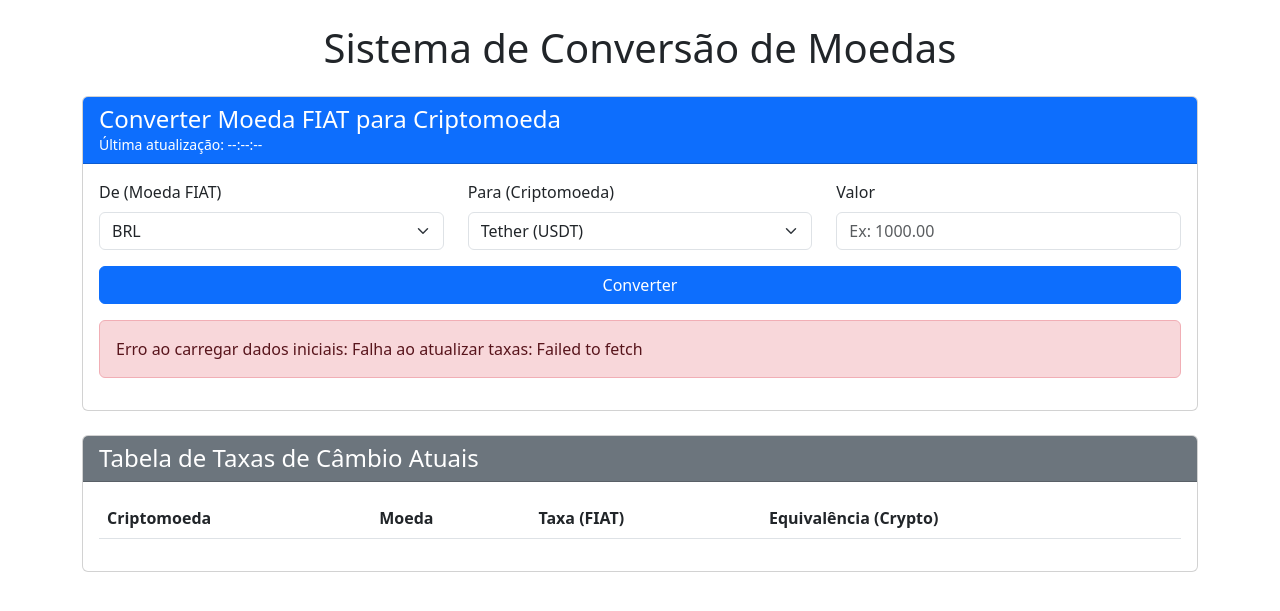
Repository: victorvilanova/crypto-convert-system
Page: index.html
The author's editor kept a copy of each file at every save. The page is drawn from the files as they stood at one save, then again after the next save.
The browser window is 1280 px wide. The pictures show the whole page.
The page's requests for data from a server got no answer.

Above is the page before, as saved 2025-04-10 18:50:30.

### index.html
<!DOCTYPE html>
<html lang="pt-br">
  <head>
    <meta charset="UTF-8" />
    <meta name="viewport" content="width=device-width, initial-scale=1.0" />
    <title>Sistema de Conversão FIAT para Criptomoedas</title>
    <link
      href="https://cdn.jsdelivr.net/npm/bootstrap@5.3.0/dist/css/bootstrap.min.css"
      rel="stylesheet"
    />
    <link rel="stylesheet" href="assets/css/style.css" />
  </head>
  <body>
    <div class="container mt-4">
      <div class="row">
        <div class="col-md-12">
          <h1 class="text-center mb-4">Sistema de Conversão de Moedas</h1>
          <div class="card mb-4">
            <div class="card-header bg-primary text-white">
              <h2 class="h4 mb-0">Converter Moeda FIAT para Criptomoeda</h2>
              <div class="small">
                Última atualização: <span id="lastUpdate">--:--:--</span>
              </div>
            </div>
            <div class="card-body">
              <form id="converterForm">
                <div class="row mb-3">
                  <div class="col-md-4">
                    <label for="fromCurrency" class="form-label"
                      >De (Moeda FIAT)</label
                    >
                    <select id="fromCurrency" class="form-select" required>
                      <!-- Opções serão preenchidas pelo JavaScript -->
                    </select>
                  </div>
                  <div class="col-md-4">
                    <label for="toCrypto" class="form-label"
                      >Para (Criptomoeda)</label
                    >
                    <select id="toCrypto" class="form-select" required>
                      <!-- Opções serão preenchidas pelo JavaScript -->
                    </select>
                  </div>
                  <div class="col-md-4">
                    <label for="amount" class="form-label">Valor</label>
                    <input
                      type="number"
                      id="amount"
                      class="form-control"
                      step="0.01"
                      min="0.01"
                      required
                      placeholder="Ex: 1000.00"
                    />
                  </div>
                </div>
                <div class="d-grid">
                  <button type="button" id="convertBtn" class="btn btn-primary">
                    Converter
                  </button>
                </div>
              </form>

              <div id="loading" class="text-center my-3" style="display: none">
                <div class="spinner-border text-primary" role="status">
                  <span class="visually-hidden">Carregando...</span>
                </div>
                <p class="mt-2">Processando, aguarde...</p>
              </div>

              <div id="result" class="mt-3" style="display: none">
                <!-- Resultado será exibido aqui pelo JavaScript -->
              </div>

              <div id="error" class="mt-3" style="display: none">
                <!-- Erros serão exibidos aqui pelo JavaScript -->
              </div>
            </div>
          </div>

          <!-- Tabela de Taxas de Câmbio -->
          <div class="card">
            <div class="card-header bg-secondary text-white">
              <h2 class="h4 mb-0">Tabela de Taxas de Câmbio Atuais</h2>
            </div>
            <div class="card-body">
              <div class="table-responsive">
                <table class="table table-striped table-hover">
                  <thead>
                    <tr>
                      <th>Criptomoeda</th>
                      <th>Moeda</th>
                      <th>Taxa (FIAT)</th>
                      <th>Equivalência (Crypto)</th>
                    </tr>
                  </thead>
                  <tbody id="ratesTableBody">
                    <!-- Taxas serão preenchidas pelo JavaScript -->
                  </tbody>
                </table>
              </div>
            </div>
          </div>
        </div>
      </div>
    </div>

    <!-- Importando o ponto de entrada da aplicação como um módulo ES6 -->
    <script type="module" src="assets/js/app.js"></script>
  </body>
</html>

### assets/css/style.css
/*** CSS para o banner de KYC ***/
.kyc-banner {
  width: 100%;
  background-color: #fff3cd;
  border: 1px solid #ffeeba;
  margin-bottom: 20px;
  border-radius: 8px;
  box-shadow: 0 2px 8px rgba(0, 0, 0, 0.1);
  animation: fadeInDown 0.5s ease;
}

.kyc-banner-content {
  display: flex;
  align-items: center;
  padding: 16px;
  position: relative;
}

.kyc-banner-icon {
  color: #e4a11b;
  font-size: 24px;
  margin-right: 16px;
  display: flex;
  align-items: center;
  justify-content: center;
}

.kyc-banner-text {
  flex: 1;
}

.kyc-banner-text h3 {
  margin: 0 0 4px 0;
  font-size: 18px;
  color: #856404;
}

.kyc-banner-text p {
  margin: 0;
  color: #856404;
}

.btn-start-kyc-banner {
  margin-left: 16px;
  white-space: nowrap;
  background-color: #ffc107;
  border-color: #ffc107;
  color: #212529;
}

.btn-start-kyc-banner:hover {
  background-color: #e0a800;
  border-color: #d39e00;
}

.kyc-banner-close {
  position: absolute;
  top: 8px;
  right: 8px;
  background: none;
  border: none;
  color: #856404;
  font-size: 20px;
  cursor: pointer;
  padding: 0;
  line-height: 1;
}

@keyframes fadeInDown {
  from {
    opacity: 0;
    transform: translateY(-20px);
  }
  to {
    opacity: 1;
    transform: translateY(0);
  }
}

### assets/js/app.js
/**
 * app.js
 * Ponto de entrada principal da aplicação
 */
import CryptoController from './controllers/CryptoController.js';

// Inicializa a aplicação quando o DOM estiver carregado
document.addEventListener('DOMContentLoaded', () => {
  // Cria e inicializa o controlador principal
  const cryptoApp = new CryptoController();

  // Inicializa a aplicação
  cryptoApp.init();

  // Armazena a instância do controlador no objeto window para depuração (opcional)
  window.cryptoApp = cryptoApp;

  console.log('Crypto Convert System inicializado com sucesso!');
});

### assets/js/controllers/CryptoController.js
/**
 * CryptoController.js
 * Responsável por conectar o Model e a View, gerenciando a lógica da aplicação
 */
import CryptoModel from '../models/CryptoModel.js';
import CryptoView from '../views/CryptoView.js';

export default class CryptoController {
  constructor() {
    this.model = new CryptoModel();
    this.view = new CryptoView();
    this.updateInterval = null;
    this.updateFrequencyMs = 60000; // Atualiza a cada 1 minuto
  }

  /**
   * Inicializa o controlador
   */
  init() {
    // Configura os event listeners
    this.view.initEventListeners(this.handleConvert.bind(this));

    // Carrega os dados iniciais
    this.loadInitialData();

    // Configura atualização automática das taxas
    this.setupAutoUpdate();
  }

  /**
   * Carrega os dados iniciais da aplicação
   */
  async loadInitialData() {
    try {
      this.view.showLoading();

      // Popula os dropdowns com as opções disponíveis e valores padrão
      this.view.populateDropdowns(
        this.model.getSupportedCryptos(),
        this.model.getSupportedCurrencies(),
        this.model.getDefaultCurrency(),
        this.model.getDefaultCrypto()
      );

      // Busca as taxas iniciais
      await this.updateRates();

      // Atualiza a tabela de taxas
      this.updateRatesTable();

    } catch (error) {
      this.view.displayError('Erro ao carregar dados iniciais: ' + error.message);
      console.error('Error loading initial data:', error);
    } finally {
      this.view.hideLoading();
    }
  }

  /**
   * Configura a atualização automática de taxas
   */
  setupAutoUpdate() {
    // Limpa qualquer intervalo existente
    if (this.updateInterval) {
      clearInterval(this.updateInterval);
    }

    // Configura novo intervalo para atualização de taxas
    this.updateInterval = setInterval(async () => {
      try {
        await this.updateRates();
        // Atualiza a tabela de taxas a cada atualização
        this.updateRatesTable();
        console.log('Taxas atualizadas automaticamente');
      } catch (error) {
        console.error('Erro ao atualizar taxas:', error);
        // Não mostramos o erro na UI para não interromper a experiência do usuário
      }
    }, this.updateFrequencyMs);
  }

  /**
   * Atualiza as taxas de câmbio
   */
  async updateRates() {
    try {
      await this.model.fetchRates();
      this.view.updateLastUpdateTime();
      return true;
    } catch (error) {
      throw new Error('Falha ao atualizar taxas: ' + error.message);
    }
  }

  /**
   * Atualiza a tabela de taxas de câmbio na view
   */
  updateRatesTable() {
    const ratesTable = this.model.getAllRates();
    this.view.updateRatesTable(ratesTable);
  }

  /**
   * Manipula o evento de conversão
   */
  async handleConvert() {
    try {
      this.view.showLoading();

      // Obtem os valores do formulário
      const { fromCurrency, toCrypto, amount } = this.view.getFormValues();

      // Validações
      if (!amount || amount <= 0) {
        throw new Error('Por favor, informe um valor válido para conversão');
      }

      // Tenta atualizar as taxas antes da conversão para ter dados atualizados
      await this.updateRates();

      // Realiza a conversão de FIAT para cripto
      const convertedAmount = this.model.convert(fromCurrency, toCrypto, amount);

      // Exibe o resultado
      this.view.displayResult({
        fromCurrency,
        toCrypto,
        amount,
        convertedAmount
      });

    } catch (error) {
      this.view.displayError(error.message);
      console.error('Conversion error:', error);
    } finally {
      this.view.hideLoading();
    }
  }

  /**
   * Limpa recursos ao destruir o controlador
   */
  destroy() {
    if (this.updateInterval) {
      clearInterval(this.updateInterval);
      this.updateInterval = null;
    }
  }
}

### assets/js/models/CryptoModel.js
/**
 * CryptoModel.js
 * Responsável por gerenciar os dados de criptomoedas e fazer chamadas à API
 */
export default class CryptoModel {
  constructor() {
    this.rates = {};
    this.apiKey = '12345ABCDE'; // Idealmente, isso deveria ser obtido de um arquivo de configuração seguro
    this.baseUrl = 'https://api.coingecko.com/api/v3';
    this.supportedCurrencies = ['USD', 'EUR', 'BRL', 'GBP', 'JPY'];
    this.supportedCryptos = ['tether', 'bitcoin', 'ethereum', 'litecoin', 'ripple', 'cardano'];
    this.defaultCurrency = 'BRL';
    this.defaultCrypto = 'tether';
  }

  /**
   * Busca as taxas de câmbio atualizadas da API
   * @returns {Promise} Promise com as taxas de câmbio
   */
  async fetchRates() {
    try {
      const cryptoIds = this.supportedCryptos.join(',');
      const currencies = this.supportedCurrencies.join(',').toLowerCase();

      const response = await fetch(
        `${this.baseUrl}/simple/price?ids=${cryptoIds}&vs_currencies=${currencies}`
      );

      if (!response.ok) {
        throw new Error(`API error: ${response.status}`);
      }

      const data = await response.json();
      this.rates = data;
      return this.rates;
    } catch (error) {
      console.error('Error fetching crypto rates:', error);
      throw error;
    }
  }

  /**
   * Converte um valor de uma moeda fiduciária para uma criptomoeda
   * @param {string} fromCurrency - A moeda fiduciária de origem
   * @param {string} toCrypto - A criptomoeda de destino
   * @param {number} amount - O valor a ser convertido
   * @returns {number} O valor convertido
   */
  convert(fromCurrency, toCrypto, amount) {
    if (!this.rates[toCrypto] || !this.rates[toCrypto][fromCurrency.toLowerCase()]) {
      throw new Error(`Taxa de conversão não disponível para ${fromCurrency} para ${toCrypto}`);
    }

    const rate = this.rates[toCrypto][fromCurrency.toLowerCase()];
    // A conversão de FIAT para cripto é dividindo o valor pelo rate (inverso da conversão cripto->FIAT)
    return amount / rate;
  }

  /**
   * Retorna uma tabela com todas as taxas de conversão atuais
   * @returns {Array} Array de objetos com as taxas de conversão
   */
  getAllRates() {
    const ratesTable = [];

    this.supportedCryptos.forEach(crypto => {
      if (this.rates[crypto]) {
        this.supportedCurrencies.forEach(currency => {
          const rate = this.rates[crypto][currency.toLowerCase()];
          if (rate) {
            ratesTable.push({
              crypto: crypto,
              currency: currency,
              rate: rate
            });
          }
        });
      }
    });

    return ratesTable;
  }

  /**
   * Obtém as criptomoedas suportadas
   * @returns {string[]} Array de criptomoedas suportadas
   */
  getSupportedCryptos() {
    return this.supportedCryptos;
  }

  /**
   * Obtém as moedas fiduciárias suportadas
   * @returns {string[]} Array de moedas suportadas
   */
  getSupportedCurrencies() {
    return this.supportedCurrencies;
  }

  /**
   * Obtém a moeda fiduciária padrão
   * @returns {string} Moeda padrão
   */
  getDefaultCurrency() {
    return this.defaultCurrency;
  }

  /**
   * Obtém a criptomoeda padrão
   * @returns {string} Criptomoeda padrão
   */
  getDefaultCrypto() {
    return this.defaultCrypto;
  }
}

### assets/js/utils/CacheManager.js
/**
 * CacheManager.js
 * Utilitário para gerenciar cache de dados
 */
export default class CacheManager {
  constructor(ttlInMinutes = 10) {
    this.cacheKeyPrefix = 'crypto_convert_';
    this.defaultTtl = ttlInMinutes * 60 * 1000; // Convertendo minutos para milissegundos
  }

  /**
   * Salva dados no cache
   * @param {string} key - Chave para o item no cache
   * @param {any} data - Dados a serem armazenados
   * @param {number} ttl - Tempo de vida em ms (opcional)
   */
  setItem(key, data, ttl = this.defaultTtl) {
    const cacheItem = {
      data: data,
      expiry: Date.now() + ttl,
      timestamp: Date.now()
    };

    try {
      localStorage.setItem(this.cacheKeyPrefix + key, JSON.stringify(cacheItem));
      return true;
    } catch (error) {
      console.warn('Erro ao armazenar no cache:', error);
      return false;
    }
  }

  /**
   * Recupera dados do cache
   * @param {string} key - Chave do item no cache
   * @returns {any} Dados armazenados ou null se expirado ou não encontrado
   */
  getItem(key) {
    try {
      const cachedItem = localStorage.getItem(this.cacheKeyPrefix + key);

      if (!cachedItem) {
        return null;
      }

      const item = JSON.parse(cachedItem);

      // Verifica se o item expirou
      if (item.expiry < Date.now()) {
        this.removeItem(key);
        return null;
      }

      return item.data;
    } catch (error) {
      console.warn('Erro ao recuperar do cache:', error);
      return null;
    }
  }

  /**
   * Remove um item do cache
   * @param {string} key - Chave do item a ser removido
   */
  removeItem(key) {
    try {
      localStorage.removeItem(this.cacheKeyPrefix + key);
    } catch (error) {
      console.warn('Erro ao remover item do cache:', error);
    }
  }

  /**
   * Limpa todos os itens de cache da aplicação
   */
  clearCache() {
    try {
      // Remove apenas itens que pertencem a esta aplicação
      Object.keys(localStorage).forEach(key => {
        if (key.startsWith(this.cacheKeyPrefix)) {
          localStorage.removeItem(key);
        }
      });
    } catch (error) {
      console.warn('Erro ao limpar cache:', error);
    }
  }

  /**
   * Verifica a idade dos dados em cache
   * @param {string} key - Chave do item no cache
   * @returns {number} Idade em minutos ou -1 se não encontrado
   */
  getItemAge(key) {
    try {
      const cachedItem = localStorage.getItem(this.cacheKeyPrefix + key);

      if (!cachedItem) {
        return -1;
      }

      const item = JSON.parse(cachedItem);
      const ageInMs = Date.now() - item.timestamp;

      // Retorna idade em minutos
      return Math.floor(ageInMs / (60 * 1000));
    } catch (error) {
      return -1;
    }
  }
}

### assets/js/utils/ErrorHandler.js
/**
 * ErrorHandler.js
 * Utilitário para gerenciar erros da aplicação
 */
export default class ErrorHandler {
  constructor() {
    this.errorTypes = {
      API_ERROR: 'api_error',
      VALIDATION_ERROR: 'validation_error',
      CONVERSION_ERROR: 'conversion_error',
      NETWORK_ERROR: 'network_error',
      UNKNOWN_ERROR: 'unknown_error'
    };
  }

  /**
   * Processa um erro e retorna um objeto de erro formatado
   * @param {Error} error - O erro original
   * @param {string} context - O contexto onde o erro ocorreu
   * @returns {Object} Objeto de erro formatado
   */
  handleError(error, context = '') {
    // Determina o tipo de erro
    const errorType = this.determineErrorType(error);

    // Registra erro no console com informações adicionais
    console.error(`[${context}] ${errorType}:`, error);

    // Retorna um objeto de erro formatado e amigável
    return {
      type: errorType,
      message: this.getUserFriendlyMessage(error, errorType),
      originalError: error,
      timestamp: new Date()
    };
  }

  /**
   * Determina o tipo de erro
   * @param {Error} error - O erro a ser analisado
   * @returns {string} O tipo de erro
   */
  determineErrorType(error) {
    const { errorTypes } = this;

    if (!navigator.onLine) {
      return errorTypes.NETWORK_ERROR;
    }

    if (error.message.includes('API error') || error.message.includes('fetch')) {
      return errorTypes.API_ERROR;
    }

    if (error.message.includes('conversão') || error.message.includes('taxa')) {
      return errorTypes.CONVERSION_ERROR;
    }

    if (error.message.includes('válido') || error.message.includes('informe')) {
      return errorTypes.VALIDATION_ERROR;
    }

    return errorTypes.UNKNOWN_ERROR;
  }

  /**
   * Obtém uma mensagem de erro amigável para o usuário
   * @param {Error} error - O erro original
   * @param {string} errorType - O tipo de erro
   * @returns {string} Mensagem de erro amigável
   */
  getUserFriendlyMessage(error, errorType) {
    const { errorTypes } = this;

    const errorMessages = {
      [errorTypes.API_ERROR]: 'Não foi possível comunicar com o servidor de taxas. Tente novamente mais tarde.',
      [errorTypes.VALIDATION_ERROR]: error.message,
      [errorTypes.CONVERSION_ERROR]: 'Não foi possível realizar a conversão com os valores informados.',
      [errorTypes.NETWORK_ERROR]: 'Você parece estar offline. Verifique sua conexão com a internet.',
      [errorTypes.UNKNOWN_ERROR]: 'Ocorreu um erro inesperado. Por favor, tente novamente.'
    };

    return errorMessages[errorType] || error.message;
  }
}

### assets/js/utils/Validator.js
/**
 * Validator.js
 * Utilitário para validação de entradas do usuário
 */
export default class Validator {
  /**
   * Valida um valor de conversão
   * @param {number} amount - Valor a ser validado
   * @throws {Error} Se o valor for inválido
   */
  static validateAmount(amount) {
    // Verifica se é um número
    if (isNaN(amount)) {
      throw new Error('O valor precisa ser um número válido');
    }

    // Verifica valor positivo
    if (amount <= 0) {
      throw new Error('O valor precisa ser maior que zero');
    }

    // Verifica valor máximo para evitar problemas
    if (amount > 1000000000) {
      throw new Error('O valor é muito alto para conversão');
    }

    return true;
  }

  /**
   * Sanitiza uma string para evitar XSS
   * @param {string} input - String para sanitizar
   * @returns {string} String sanitizada
   */
  static sanitizeString(input) {
    if (typeof input !== 'string') {
      return '';
    }

    // Remove tags HTML e caracteres potencialmente perigosos
    return input
      .replace(/</g, '&lt;')
      .replace(/>/g, '&gt;')
      .replace(/"/g, '&quot;')
      .replace(/'/g, '&#39;')
      .replace(/`/g, '&#96;')
      .replace(/\$/g, '&#36;');
  }

  /**
   * Valida uma moeda ou criptomoeda
   * @param {string} code - Código da moeda/cripto
   * @param {string[]} allowedValues - Valores permitidos
   * @throws {Error} Se o código for inválido
   */
  static validateCurrencyCode(code, allowedValues) {
    // Verifica se é string
    if (typeof code !== 'string') {
      throw new Error('Código de moeda inválido');
    }

    // Sanitiza o código
    const sanitizedCode = this.sanitizeString(code);

    // Verifica se está na lista de valores permitidos
    if (!allowedValues.includes(sanitizedCode)) {
      throw new Error(`Moeda "${sanitizedCode}" não é suportada`);
    }

    return true;
  }
}

Loaded but not shown: assets/js/views/CryptoView.js (188 lines, source omitted)

After the next save:
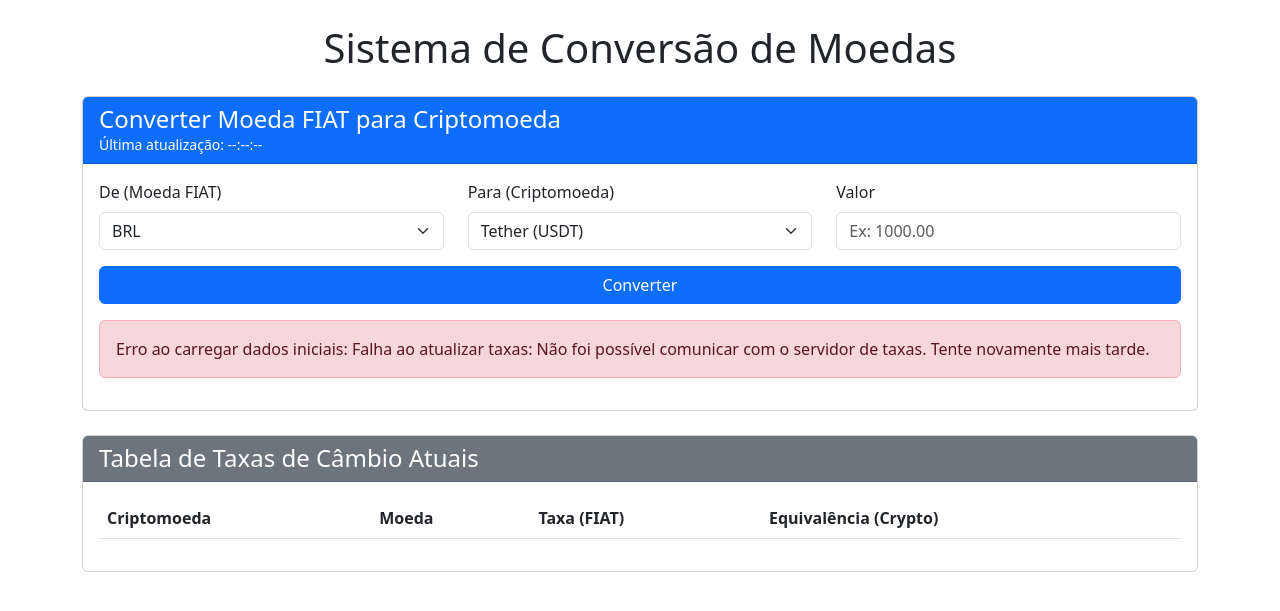
Saved 32 s later.
--- a/assets/js/models/CryptoModel.js
+++ b/assets/js/models/CryptoModel.js
@@ -2,6 +2,10 @@
  * CryptoModel.js
  * Responsável por gerenciar os dados de criptomoedas e fazer chamadas à API
  */
+import CacheManager from '../utils/CacheManager.js';
+import ErrorHandler from '../utils/ErrorHandler.js';
+import Validator from '../utils/Validator.js';
+
 export default class CryptoModel {
   constructor() {
     this.rates = {};
@@ -11,6 +15,13 @@ export default class CryptoModel {
     this.supportedCryptos = ['tether', 'bitcoin', 'ethereum', 'litecoin', 'ripple', 'cardano'];
     this.defaultCurrency = 'BRL';
     this.defaultCrypto = 'tether';
+
+    // Instâncias dos utilitários
+    this.cacheManager = new CacheManager(15); // TTL de 15 minutos
+    this.errorHandler = new ErrorHandler();
+
+    // Chave para cache de taxas
+    this.ratesCacheKey = 'current_rates';
   }
 
   /**
@@ -19,6 +30,16 @@ export default class CryptoModel {
    */
   async fetchRates() {
     try {
+      // Verifica se temos dados em cache primeiro
+      const cachedRates = this.cacheManager.getItem(this.ratesCacheKey);
+
+      if (cachedRates) {
+        this.rates = cachedRates;
+        console.log('Usando taxas em cache');
+        return this.rates;
+      }
+
+      // Caso não tenha cache, busca da API
       const cryptoIds = this.supportedCryptos.join(',');
       const currencies = this.supportedCurrencies.join(',').toLowerCase();
 
@@ -32,10 +53,14 @@ export default class CryptoModel {
 
       const data = await response.json();
       this.rates = data;
+
+      // Salva os dados no cache
+      this.cacheManager.setItem(this.ratesCacheKey, this.rates);
+
       return this.rates;
     } catch (error) {
-      console.error('Error fetching crypto rates:', error);
-      throw error;
+      const formattedError = this.errorHandler.handleError(error, 'fetchRates');
+      throw new Error(formattedError.message);
     }
   }
 
@@ -47,13 +72,23 @@ export default class CryptoModel {
    * @returns {number} O valor convertido
    */
   convert(fromCurrency, toCrypto, amount) {
-    if (!this.rates[toCrypto] || !this.rates[toCrypto][fromCurrency.toLowerCase()]) {
-      throw new Error(`Taxa de conversão não disponível para ${fromCurrency} para ${toCrypto}`);
+    try {
+      // Validação das entradas
+      Validator.validateCurrencyCode(fromCurrency, this.supportedCurrencies);
+      Validator.validateCurrencyCode(toCrypto, this.supportedCryptos);
+      Validator.validateAmount(amount);
+
+      if (!this.rates[toCrypto] || !this.rates[toCrypto][fromCurrency.toLowerCase()]) {
+        throw new Error(`Taxa de conversão não disponível para ${fromCurrency} para ${toCrypto}`);
+      }
+
+      const rate = this.rates[toCrypto][fromCurrency.toLowerCase()];
+      // A conversão de FIAT para cripto é dividindo o valor pelo rate
+      return amount / rate;
+    } catch (error) {
+      const formattedError = this.errorHandler.handleError(error, 'convert');
+      throw new Error(formattedError.message);
     }
-
-    const rate = this.rates[toCrypto][fromCurrency.toLowerCase()];
-    // A conversão de FIAT para cripto é dividindo o valor pelo rate (inverso da conversão cripto->FIAT)
-    return amount / rate;
   }
 
   /**
@@ -112,4 +147,11 @@ export default class CryptoModel {
   getDefaultCrypto() {
     return this.defaultCrypto;
   }
+
+  /**
+   * Limpa o cache de taxas para forçar uma atualização
+   */
+  clearRatesCache() {
+    this.cacheManager.removeItem(this.ratesCacheKey);
+  }
 }
